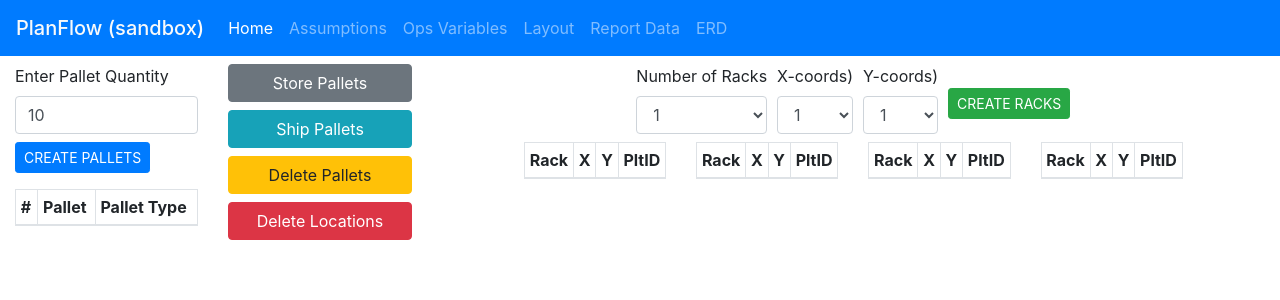
Repository: gholler76/planflow
Page: http://localhost/planflow/WEB-INF/home.jsp
The author's editor kept a copy of each file at every save. The page is drawn from the files as they stood at one save, then again after the next save.
The browser window is 1280 px wide. The pictures show the whole page.
The page is served by Tomcat 9. Nobody is signed in. Other server files are loaded and not shown. The template is opened directly, without the code that normally fills it, so the values that code supplies are empty.

Above is the page before, as saved 2021-05-28 14:18:37.

### planflow/src/main/webapp/WEB-INF/home.jsp
<%@ page language="java" contentType="text/html; charset=UTF-8" pageEncoding="UTF-8"%>
<%@ taglib prefix="c" uri="http://java.sun.com/jsp/jstl/core"%>
<%@ taglib prefix="form" uri="http://www.springframework.org/tags/form"%>
<%@ page isErrorPage="true"%>
<%@ taglib prefix="fmt" uri="http://java.sun.com/jsp/jstl/fmt" %>
<%@ taglib prefix="fn" uri="http://java.sun.com/jsp/jstl/functions" %>

<!DOCTYPE html>
<html>
<head>
    <meta charset="UTF-8">
    <title>PlanFlow</title>
    <script src="https://code.jquery.com/jquery-3.5.1.slim.min.js" integrity="sha384-DfXdz2htPH0lsSSs5nCTpuj/zy4C+OGpamoFVy38MVBnE+IbbVYUew+OrCXaRkfj" crossorigin="anonymous"></script>
	<script src="https://cdn.jsdelivr.net/npm/bootstrap@4.6.0/dist/js/bootstrap.bundle.min.js" integrity="sha384-Piv4xVNRyMGpqkS2by6br4gNJ7DXjqk09RmUpJ8jgGtD7zP9yug3goQfGII0yAns" crossorigin="anonymous"></script>
    <link rel="stylesheet" href="https://cdn.jsdelivr.net/npm/bootstrap@4.6.0/dist/css/bootstrap.min.css" integrity="sha384-B0vP5xmATw1+K9KRQjQERJvTumQW0nPEzvF6L/Z6nronJ3oUOFUFpCjEUQouq2+l" crossorigin="anonymous">
</head>
<body>
	<nav class="navbar navbar-expand-lg navbar-dark bg-primary">
	    <span class="navbar-brand text-light mb-0 h1">PlanFlow (sandbox)</span>
	  <button class="navbar-toggler" type="button" data-toggle="collapse" data-target="#navbarNavAltMarkup" aria-controls="navbarNavAltMarkup" aria-expanded="false" aria-label="Toggle navigation">
	    <span class="navbar-toggler-icon"></span>
	  </button>
	  <div class="collapse navbar-collapse" id="navbarNavAltMarkup">
	    <div class="navbar-nav">
	      <a class="nav-link active" href="#">Home <span class="sr-only">(current)</span></a>
	      <a class="nav-link" href="#">Assumptions</a>
	      <a class="nav-link" href="#">Ops Variables</a>
	      <a class="nav-link" href="#">Layout</a>
	      <a class="nav-link" href="#">Report Data</a>
	      <a class="nav-link" href="#">ERD</a>
	    </div>
	  </div>
	</nav>
	<div class="container-fluid">
		<div class="row justify-content-between">
			<div class="col-2">
				<form action="/pallets" method="post" class="mt-2">
			      	<div class="form-group">
			      		<Label for="qty" class="form-label">Enter Pallet Quantity</Label>
			      		<input type="number" class="form-control" name="qty" value=10 />
			      		<input type="submit" value="CREATE PALLETS" class="btn btn-sm btn-primary mt-2"/>
			    	</div>
			    </form>
				<table class="table table-bordered table-sm">
					<thead>
						<tr>
							<th>#</th>
							<th>Pallet</th>
							<th>Pallet Type</th>
						</tr>
					</thead>
					<tbody>
						<c:set var="count" value="0" scope="page" />
						<c:forEach var="pallet" items="${pallets}">
						<c:if test="${pallet.location eq null }">
						<tr class="small">
							<th scope="row"><c:set var="count" value="${count + 1}" scope="page"/>${count}</th>
							<td>${pallet.palletid}</td>
							<td>${pallet.ptype}</td>
						</tr>
	 					</c:if>
						</c:forEach>
					</tbody>
				</table>
	 	 	</div>
	 	 	<div class="col-2">
				<form action="/move" method="post">
			  		<input class="btn btn-secondary mt-2 mb-2 btn-block" type="submit" value="Store Pallets">
			  		<input class="btn btn-info mb-2 btn-block" type="submit" value="Ship Pallets" formaction="/ship">
			  		<input class="btn btn-warning mb-2 btn-block" type="submit" value="Delete Pallets" formaction="/deleteP">
			  		<input class="btn btn-danger mb-2 btn-block" type="submit" value="Delete Locations" formaction="/deleteL">
			  	</form>
	 	 	</div>
	   	 		<div class="col-8">
	   	 			<div class="row justify-content-center">
	   	 				<form action="/locations" method="post">
	   	 				<input type="hidden" name="startRack" value=100>
							<div class="form-row align-items-center mt-2">
							    <div class="col-auto">
							      <label for="rackCount">Number of Racks</label>
							      <select class="form-control mb-2" name="rackCount">
							      	<option value=+1>1</option>
							      	<option value=+2>2</option>
							      	<option value=+3>3</option>
							      	<option value=+4>4</option>
							      </select>
							    </div>
							    <div class="col-auto">
							      <label for="xcoors">X-coords)</label>
							      <select class="form-control mb-2" name="xcoors">
							      	<option value=+1>1</option>
							      	<option value=+2>2</option>
							      	<option value=+3>3</option>
							      	<option value=+4>4</option>
							      	<option value=+5>5</option>
							      	<option value=+6>6</option>
							      	<option value=+7>7</option>
							      	<option value=+8>8</option>
							      	<option value=+9>9</option>
							      	<option value=+10>10</option>
							      	<option value=+11>11</option>
							      	<option value=+12>12</option>
							      	<option value=+13>13</option>
							      	<option value=+14>14</option>
							      	<option value=+15>15</option>
							      	<option value=+16>16</option>
							      	<option value=+17>17</option>
							      	<option value=+18>18</option>
							      	<option value=+19>19</option>
							      	<option value=+20>20</option>
							      </select>
							    </div>
							    <div class="col-auto">
							      <label for="ycoors">Y-coords)</label>
							      <select class="form-control mb-2" name="ycoors">
							      	<option value=+1>1</option>
							      	<option value=+2>2</option>
							      	<option value=+3>3</option>
							      	<option value=+4>4</option>
							      	<option value=+5>5</option>
							      </select>
							    </div>
							    <div class="col-auto">
							      <button type="submit" class="btn btn-success btn-sm">CREATE RACKS</button>
							    </div>
							  </div>
							</form>
		   	 			</div>
		   	 			<div class="row justify-content-center">
		   	 				<div class="col-auto">
		   	 					<table class="table-sm table-bordered">
		   	 						<thead>
		   	 							<tr>
		   	 								<th>Rack</th>
		   	 								<th>X</th>
		   	 								<th>Y</th>
		   	 								<th>PltID</th>
		   	 							</tr>
		   	 						</thead>
		   	 						<tbody>
		   	 						<c:forEach var="location" items="${locations}">
	   	 								<c:if test="${location.rack eq '101'}">
			   	 							<tr class="small">
			   	 								<td>${location.rack}</td>
			   	 								<td>${location.xcoor}</td>
			   	 								<td>${location.ycoor}</td>
			   	 								<td>${location.pallet.palletid}</td>
			   	 							</tr>
		   	 							</c:if>
	   	 							</c:forEach>
				   	 				</tbody>
				   	 			</table>
				   	 		</div>
		   	 				<div class="col-auto">
		   	 					<table class="table-sm table-bordered">
		   	 						<thead>
		   	 							<tr>
		   	 								<th>Rack</th>
		   	 								<th>X</th>
		   	 								<th>Y</th>
		   	 								<th>PltID</th>
		   	 							</tr>
		   	 						</thead>
		   	 						<tbody>
		   	 						<c:forEach var="location" items="${locations}">
	   	 								<c:if test="${location.rack eq '102'}">
			   	 							<tr class="small">
			   	 								<td>${location.rack}</td>
			   	 								<td>${location.xcoor}</td>
			   	 								<td>${location.ycoor}</td>
			   	 								<td>${location.pallet.palletid}</td>
			   	 							</tr>
		   	 							</c:if>
	   	 							</c:forEach>
				   	 				</tbody>
				   	 			</table>
				   	 		</div>
		   	 				<div class="col-auto">
		   	 					<table class="table-sm table-bordered">
		   	 						<thead>
		   	 							<tr>
		   	 								<th>Rack</th>
		   	 								<th>X</th>
		   	 								<th>Y</th>
		   	 								<th>PltID</th>
		   	 							</tr>
		   	 						</thead>
		   	 						<tbody>
		   	 						<c:forEach var="location" items="${locations}">
	   	 								<c:if test="${location.rack eq '103'}">
			   	 							<tr class="small">
			   	 								<td>${location.rack}</td>
			   	 								<td>${location.xcoor}</td>
			   	 								<td>${location.ycoor}</td>
			   	 								<td>${location.pallet.palletid}</td>
			   	 							</tr>
		   	 							</c:if>
	   	 							</c:forEach>
				   	 				</tbody>
				   	 			</table>
				   	 		</div>
		   	 				<div class="col-auto">
		   	 					<table class="table-sm table-bordered">
		   	 						<thead>
		   	 							<tr>
		   	 								<th>Rack</th>
		   	 								<th>X</th>
		   	 								<th>Y</th>
		   	 								<th>PltID</th>
		   	 							</tr>
		   	 						</thead>
		   	 						<tbody>
		   	 						<c:forEach var="location" items="${locations}">
	   	 								<c:if test="${location.rack eq '104'}">
			   	 							<tr class="small">
			   	 								<td>${location.rack}</td>
			   	 								<td>${location.xcoor}</td>
			   	 								<td>${location.ycoor}</td>
			   	 								<td>${location.pallet.palletid}</td>
			   	 							</tr>
		   	 							</c:if>
	   	 							</c:forEach>
				   	 				</tbody>
				   	 			</table>
				   	 		</div>
			 			</div>
			 		</div>
	    	</div>
		</div>
</body>
</html>

After the next save:
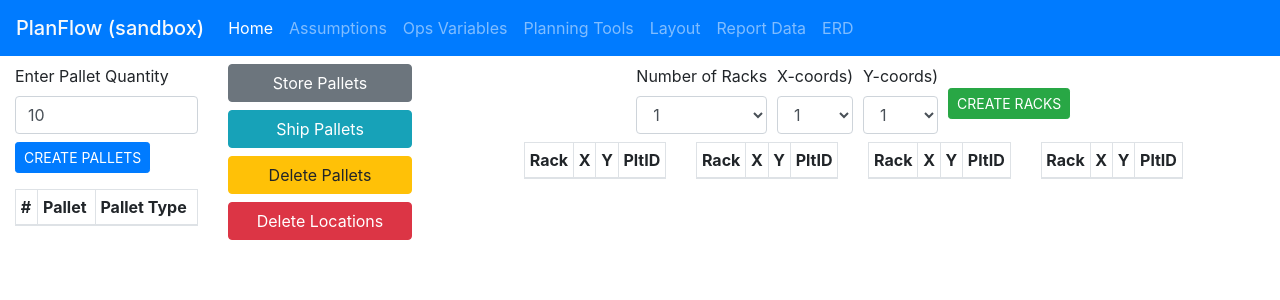
Saved 84 s later.
--- a/planflow/src/main/webapp/WEB-INF/home.jsp
+++ b/planflow/src/main/webapp/WEB-INF/home.jsp
@@ -25,6 +25,7 @@
 	      <a class="nav-link active" href="#">Home <span class="sr-only">(current)</span></a>
 	      <a class="nav-link" href="#">Assumptions</a>
 	      <a class="nav-link" href="#">Ops Variables</a>
+	      <a class="nav-link" href="#">Planning Tools</a>
 	      <a class="nav-link" href="#">Layout</a>
 	      <a class="nav-link" href="#">Report Data</a>
 	      <a class="nav-link" href="#">ERD</a>
